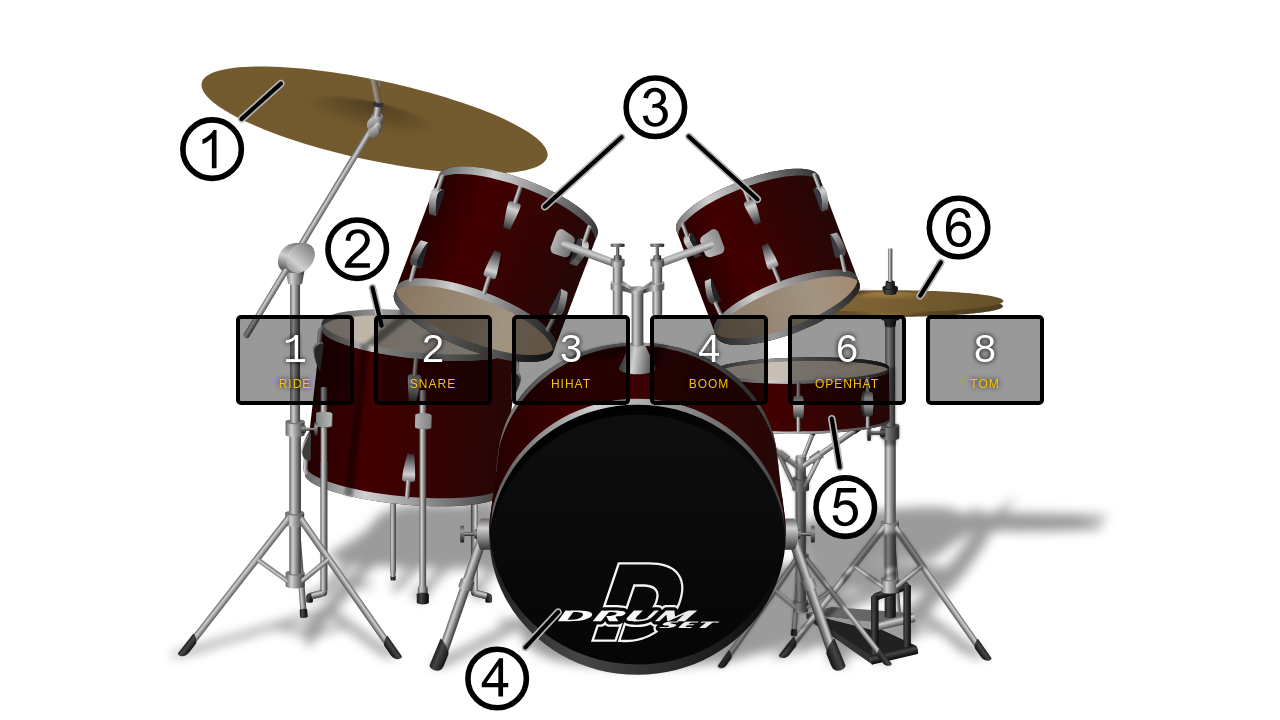
Repository: polishchuk404/drum-kit
Page: index.html
An editor plug-in stored every save of this project. The page is shown before and after the next save, followed by the edit.
The browser window is 1280 px wide. The pictures show the whole page.

Above is the page before, as saved 2020-10-12 13:55:42.

### index.html
<!DOCTYPE html>
<html lang="en">
<head>
  <meta charset="UTF-8">
  <title>drum-kit</title>
  <link rel="stylesheet" href="./style/style.css">
  <link rel="icon" type="image/x-icon" href="favicon.ico"></head>
<body>


  <div class="keys">
    <div data-key="97" class="key">
      <kbd>1</kbd>
      <span class="sound">ride</span>
    </div>
    <div data-key="98" class="key">
      <kbd>2</kbd>
      <span class="sound">snare</span>
    </div>
    <div data-key="99" class="key">
      <kbd>3</kbd>
      <span class="sound">hihat</span>
    </div>
    <div data-key="100" class="key">
      <kbd>4</kbd>
      <span class="sound">boom</span>
    </div>
    <div data-key="102" class="key">
      <kbd>6</kbd>
      <span class="sound">openhat</span>
    </div>



    <div data-key="104" class="key">
      <kbd>8</kbd>
      <span class="sound">tom</span>
    </div>
  </div>

  <audio data-key="99" src="./sounds/clap.wav"></audio>
  <audio data-key="102" src="./sounds/openhat.wav"></audio>
  <audio data-key="100" src="./sounds/boom.wav"></audio>
  <audio data-key="97" src="./sounds/ride.wav"></audio>
  <audio data-key="98" src="./sounds/snare.wav"></audio>
  <audio data-key="104" src="./sounds/tom.wav"></audio>


  <script src="./js/main.js"></script>
</body>
</html>

### style/style.css
html {
  font-size: 10px;
  background: url('../drum_set.svg') center center no-repeat;
  background-size: contain;
}

body,html {
  margin: 0;
  padding: 0;
  font-family: sans-serif;
}

.keys {
  display: flex;
  flex: 1;
  min-height: 100vh;
  align-items: center;
  justify-content: center;
}

.key {
  border: .4rem solid black;
  border-radius: .5rem;
  margin: 1rem;
  font-size: 1.5rem;
  padding: 1rem .5rem;
  transition: all .07s ease;
  width: 10rem;
  text-align: center;
  color: white;
  background: rgba(0,0,0,0.4);
  text-shadow: 0 0 .5rem black;
}

.playing {
  transform: scale(1.1);
  border-color: #ffc600;
  box-shadow: 0 0 1rem #ffc600;
}

kbd {
  display: block;
  font-size: 4rem;
}

.sound {
  font-size: 1.2rem;
  text-transform: uppercase;
  letter-spacing: .1rem;
  color: #ffc600;
}

### js/main.js

  window.addEventListener('keyup', (e) => {
    const key = document.querySelector(`div[data-key="${e.keyCode}"]`);
    const sound = document.querySelector(`audio[data-key="${e.keyCode}"]`);
    if (!sound) return;
    sound.currentTime = 0;
    sound.play();
    key.classList.toggle('playing');
  });
  window.addEventListener('keydown', (e) => {
    const key = document.querySelector(`div[data-key="${e.keyCode}"]`);
    key.classList.toggle('playing')
  });

After the next save:
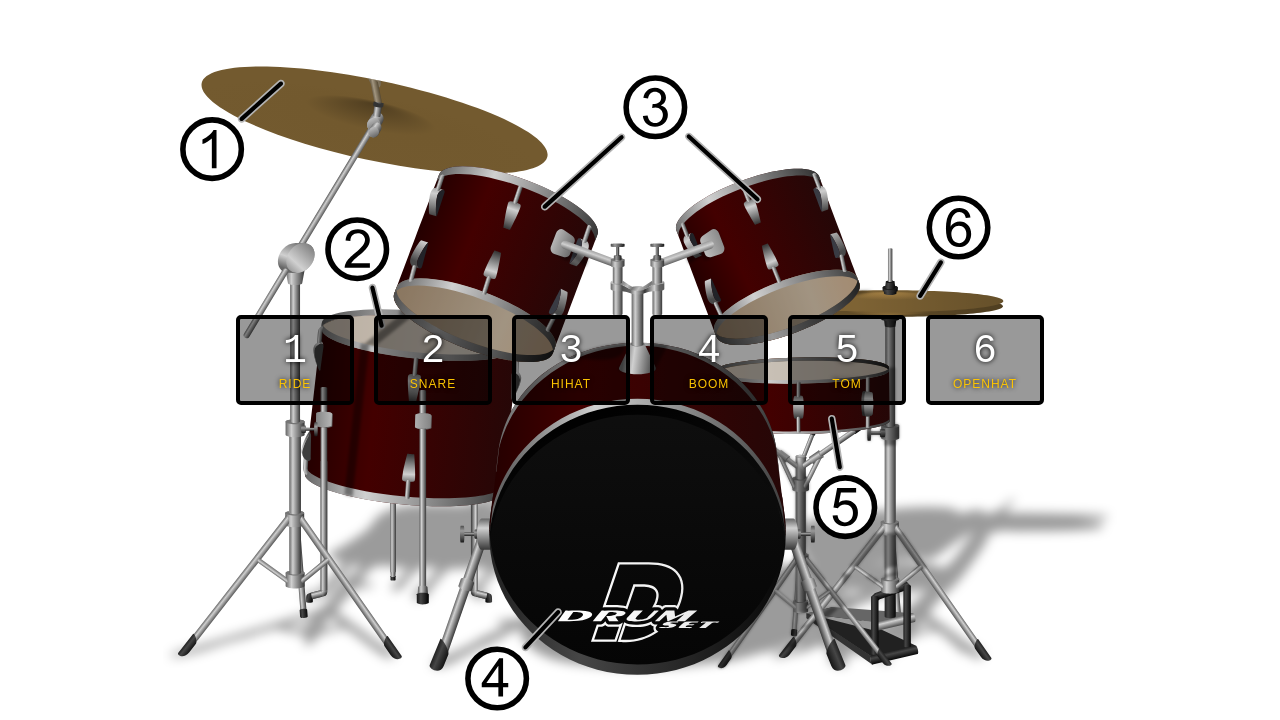
Saved 2 min 40 s later.
--- a/index.html
+++ b/index.html
@@ -25,24 +25,23 @@
       <kbd>4</kbd>
       <span class="sound">boom</span>
     </div>
+    <div data-key="101" class="key">
+      <kbd>5</kbd>
+      <span class="sound">tom</span>
+    </div>
     <div data-key="102" class="key">
       <kbd>6</kbd>
       <span class="sound">openhat</span>
     </div>
-
-
-
-    <div data-key="104" class="key">
-      <kbd>8</kbd>
-      <span class="sound">tom</span>
-    </div>
   </div>
 
-  <audio data-key="99" src="./sounds/clap.wav"></audio>
   <audio data-key="102" src="./sounds/openhat.wav"></audio>
   <audio data-key="100" src="./sounds/boom.wav"></audio>
+
   <audio data-key="97" src="./sounds/ride.wav"></audio>
   <audio data-key="98" src="./sounds/snare.wav"></audio>
+  <audio data-key="99" src="./sounds/clap.wav"></audio>
+
   <audio data-key="104" src="./sounds/tom.wav"></audio>
 
 
